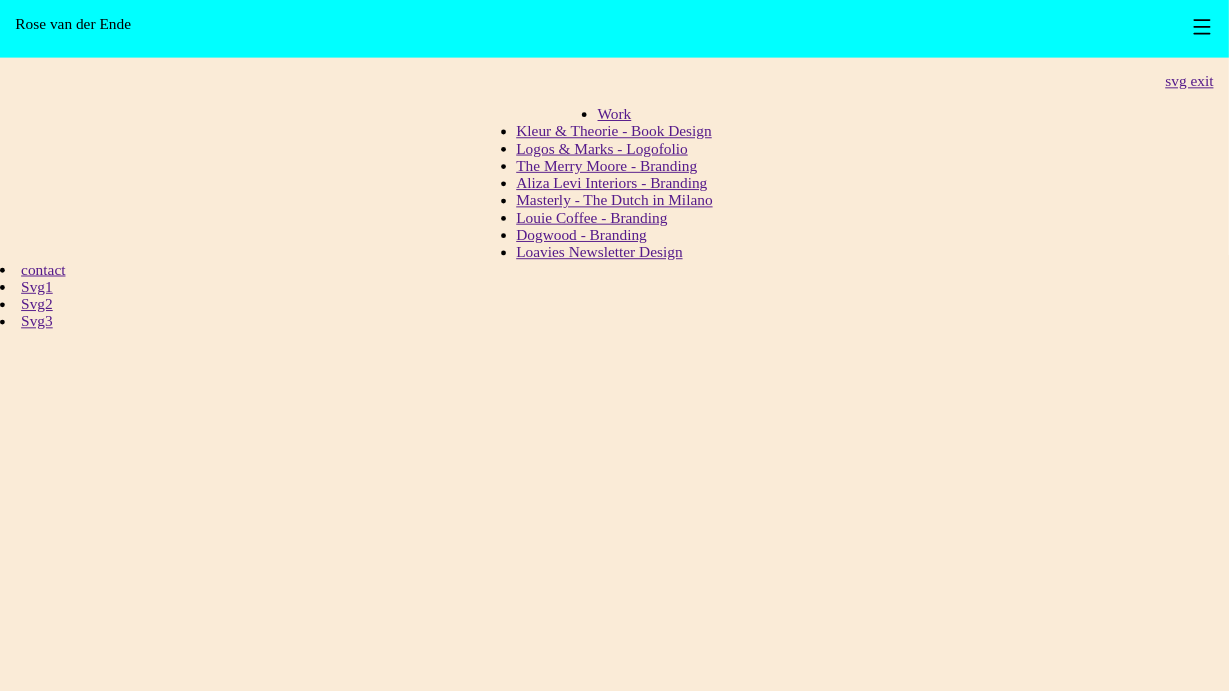
Repository: rahanwz/rose-project-daneshkar
Page: rose.html
An editor plug-in stored every save of this project. The page is shown before and after the next save, followed by the edit.
The browser window is 1280 px wide. The pictures show the whole page, at 96% of full size.

Above is the page before, as saved 2024-02-25 12:45:26.
Console error: SyntaxError: Unexpected token '('

After the next save:
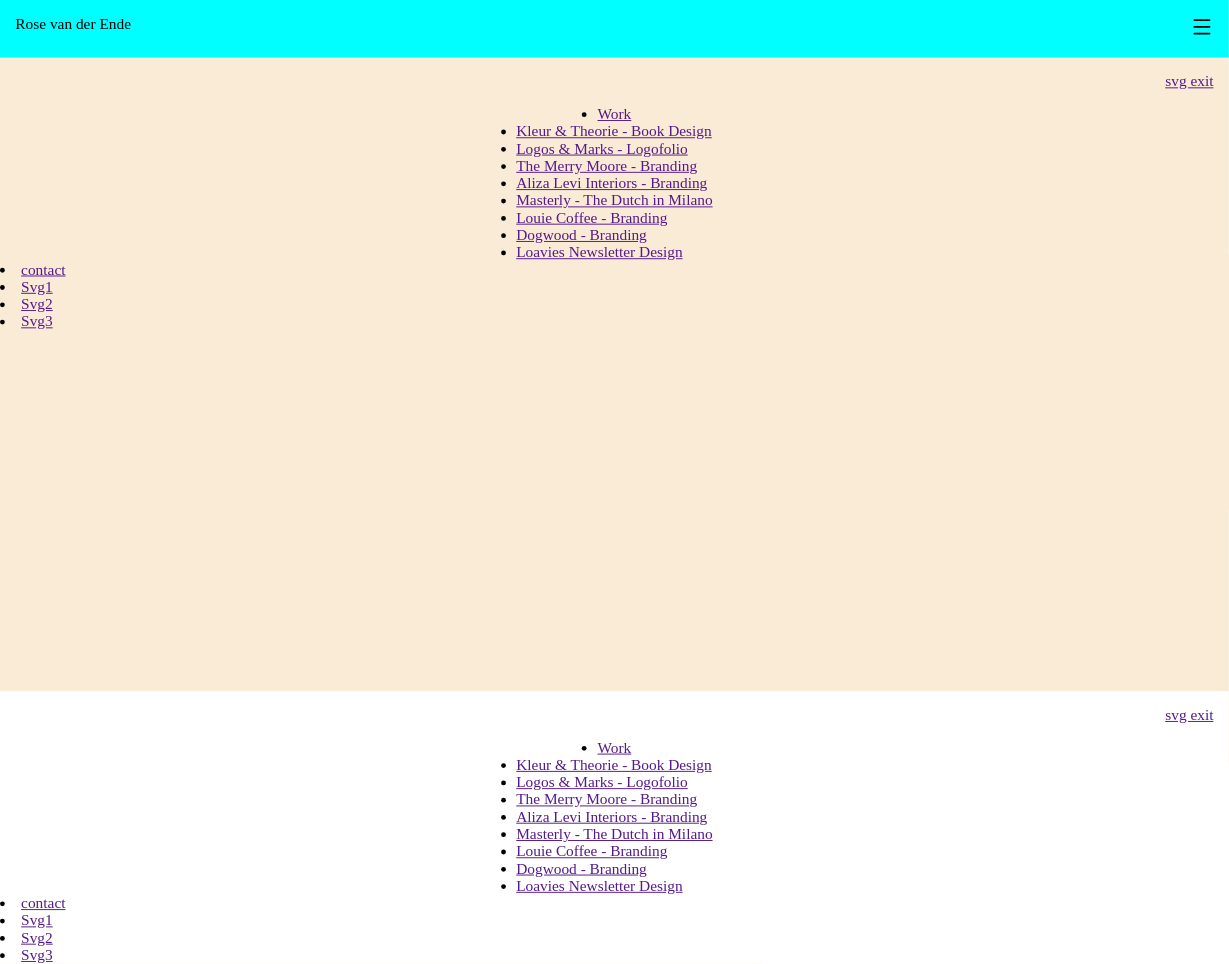
Saved 12 s later.
--- a/rose.html
+++ b/rose.html
@@ -58,7 +58,7 @@
       </div>
     </div>
 
-<!-- <div class="menu_show">
+<div class="menu_show">
           <div class="exit"><a href="">svg exit</a></div>
 
           <div class="work">
@@ -88,7 +88,7 @@
             <li><a href="">Svg2</a></li>
             <li><a href="">Svg3</a></li>
           </div>
-        </div> -->
+        </div>
 
 
 

After the 4 saves that followed:
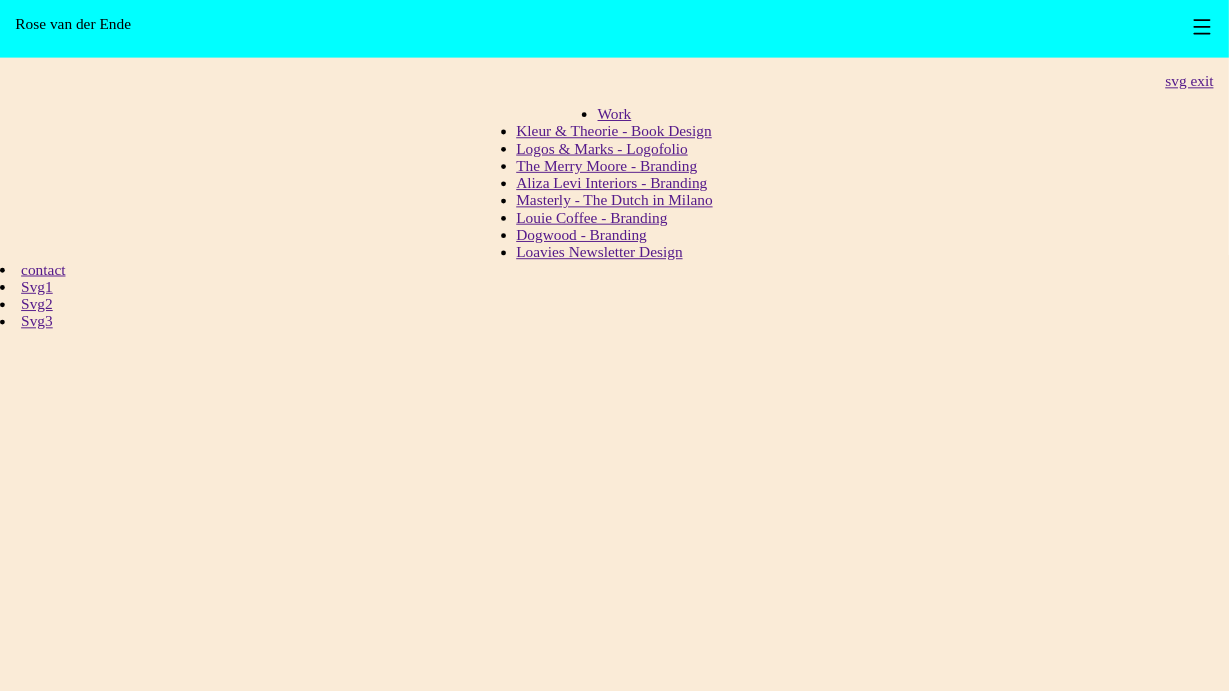
The 4 saves are shown as one change because 1 left the picture as it was and some came seconds apart.
The last was saved 17 s later.
--- a/rose.css
+++ b/rose.css
@@ -50,7 +50,9 @@
   justify-content: center;
 }
 
-
+.menu_show{
+    display: none;
+}
 @media only screen and (max-width: 600px) {
   .menu{
   display: none;
